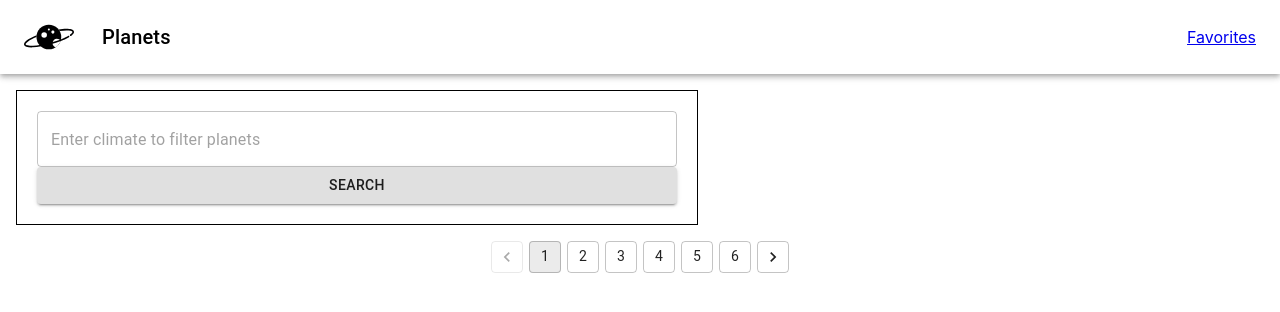
Repository: samridhie01/assignment
Page: /
An editor plug-in stored every save of this project. The page is shown before and after the next save, followed by the edit.
The browser window is 1280 px wide. The pictures show the whole page.
The page's requests for data from a server got no answer. The project was rebuilt for these pictures with package versions that can differ from the ones it lists, and the page was loaded fresh each time. A package was used in the major version that the imports need, not the one package.json lists. No one was signed in, and anything a server would have sent is missing. Also part of the build but not shown: src/components/planets/PlanetTile.tsx, src/components/planets/Planets.tsx, src/components/details/SpecificPlanetRetrievalService.ts, src/components/details/Details.tsx, src/components/favorites/Favorites.tsx.

Above is the page before, as saved 2020-08-21 18:53:29.

### src/index.tsx
import React from 'react';
import ReactDOM from 'react-dom';
import './index.css';
import App from './components/app/App';
import * as serviceWorker from './serviceWorker';
import { BrowserRouter } from 'react-router-dom';
import { Provider } from 'react-redux';
import rootReducer from './reducers';
import { createStore } from 'redux';
import store from "../src/store/index"
import { addPlanetData } from './actions';



ReactDOM.render(
  <React.StrictMode>

    <BrowserRouter>
    <Provider store={store}>
    <App />
    </Provider>
    </BrowserRouter>

  </React.StrictMode>,
  document.getElementById('root')
);

// If you want your app to work offline and load faster, you can change
// unregister() to register() below. Note this comes with some pitfalls.
// Learn more about service workers: https://bit.ly/CRA-PWA
serviceWorker.unregister();

### src/components/app/App.tsx
import React, { useEffect, useState } from "react";
import { Route, Switch } from "react-router-dom";
import HomePage from "../homePage/HomePage";
import Details from "../details/Details";
import Favorites from "../favorites/Favorites";
import { PlanetData } from "../module/types";

const App = () => {
  const [favs, setFavs] = useState<PlanetData[]>([]);

  const addToFavs = (data: any) => {
    if(favs.includes(data)){
      return;
    }
      let newArr = [...favs, data];
      setFavs(newArr);
  };

  return (
    <main>
      <Switch>
        <Route
          exact
          path="/"
          render={() => <HomePage handleAddToFavs={addToFavs} />}
        />
        <Route path="/details" component={Details} />
        <Route path="/favs" render={() => <Favorites listOfFavs={favs} />} />
      </Switch>
    </main>
  );
};
export default App;

### src/store/index.ts
import {createStore} from 'redux';
import rootReducer from '../reducers/index';

const store = createStore(rootReducer);

export default store;

### src/components/homePage/HomePage.tsx
import React, { useEffect, useState, ChangeEvent } from "react";
import { useStyles } from "./HomePageStyle";
import Header from "../header/Header";
import Planets from "../planets/Planets";
import SearchBox from "../searchBox/SearchBox";
import { getPlanetData, getPlanetDataPage } from "./PlanetRetrievalService";
import Pagination from "@material-ui/lab/Pagination";
import { PlanetData } from "../module/types";

interface PlanetOverview {
  handleAddToFavs: (element: any) => void;
}

const HomePage: React.FC<PlanetOverview> = ({ handleAddToFavs }) => {
  const [planetData, setPlanetData] = useState<PlanetData[]>([]);

  const handleNewPage = (page: number) => {
    getPlanetDataPage(page).then(res => {
      setPlanetData(res.data.results);
    });
  };

  const fetchData = () => {
    getPlanetData().then(res => {
      setPlanetData(res.data.results);
      localStorage.setItem("planetData", res.data.results);
    });
  };

  useEffect(() => {
    fetchData();
  }, []);

  const handlePageChange = (event: ChangeEvent<unknown>, value: number) => {
    handleNewPage(value);
  };

  const updatePlanetSearchResult = (key: string | null) => {

    if (key == "") {
      fetchData();
      return;
    }
    const newData = planetData.filter(data => {
      if (
        key == null ||
        data.climate.toLowerCase().includes(key.toLowerCase())
      ) {
        return data;
      }
    });
    setPlanetData(newData);
  };

  const classes = useStyles();
  if (localStorage.getItem("planetData") != null) {
  }

  return (
    <>
      <Header path="/favs" linkName={"Favorites"} />
      <div >
        <div>
        <SearchBox  handleSearch={updatePlanetSearchResult} />
        </div>
        <div >
          {planetData &&
            planetData.map((element: PlanetData, index: number) => {
              return (
                <Planets
                  data={element}
                  onSaveClick={() => {
                    handleAddToFavs(element);
                  }}

                />
              );
            })}
        </div>
      </div>

      <Pagination
        count={6}
        defaultPage={1}
        variant="outlined"
        shape="rounded"
        className={classes.indexing}
        onChange={handlePageChange}
      />
    </>
  );
};
export default HomePage;

### src/reducers/index.ts
import { ADD_PLANETDATA } from '../constants/action-types';
import { PlanetActionTypes, Planet, PlanetState } from '../store/types';

const initialState: PlanetState = {
    planetData: []
};

function rootReducer(state=initialState, action:PlanetActionTypes):PlanetState{
    if(action.type == ADD_PLANETDATA){
        return{
            planetData: [...state.planetData, action.payload]
        }
    }
    return state;
}

export default rootReducer;

### src/components/homePage/HomePageStyle.ts
import { makeStyles, createStyles, Theme } from "@material-ui/core/styles";

export const useStyles = makeStyles((theme: Theme) =>
  createStyles({
    flexContainer: {
      display: "inline-flex",
      flex: "1 0 50%",
      textAlign: "center",
      padding: "10px",
      overflow: "hidden"
    },
    item: {
      alignSelf: "flex-end",
    },
    stopShrink: {
      alignSelf: "flex-start"
    },
    indexing: {
      display: "flex",
      justifyContent: "center"
    },
    title: {
      flexGrow: 1
    }
  })
);

### src/components/header/Header.tsx
import React from "react";
import AppBar from "@material-ui/core/AppBar";
import {Toolbar, makeStyles, createStyles, IconButton, Button,Theme} from "@material-ui/core";
import {ReactComponent as PlanetIcon} from "../../assets/planet.svg";
import Typography from "@material-ui/core/Typography";
import { Link } from "react-router-dom";

const useStyles = makeStyles((theme: Theme) =>
  createStyles({
    root: {
      flexGrow: 1,
    },
    menuButton: {
      marginRight: theme.spacing(2),
    },
    title: {
      flexGrow: 1,
    },
    logo: {
       width: 50,
       height: 50
      },
  }),
);

interface HeaderProps{
  path: string,
  linkName: string
}

const Header:React.FC<HeaderProps> = ({
  path,
  linkName
})=>{
    const classes=useStyles();
return(
<AppBar color="inherit"  position="static">
    <Toolbar>
        <IconButton edge="start" className={classes.menuButton} color="inherit" aria-label="menu">
        <PlanetIcon className={classes.logo}/>
        </IconButton>
        <Typography variant="h6" className={classes.title}>
            Planets
        </Typography>
         <Link to={{pathname: `${path}`}} color="inherit">{linkName}</Link>
        {/* <Link to={{pathname: `${path}`}} color="inherit">{linkName}</Link> */}
    </Toolbar>
</AppBar>
)


}

export default Header;

### src/components/searchBox/SearchBox.tsx
import React, { useState, useEffect } from "react";
import {
  Button,
  Box,
  TextField,
  Theme,
  makeStyles,
  createStyles
} from "@material-ui/core";

const useStyles = makeStyles((theme: Theme) =>
  createStyles({
    dotted: {
      display: "flex",
      flexDirection: "column",
      width: "200%"
    },

  })
);

interface Search {
  handleSearch: (key: string|null) => void;
}

const SearchBox: React.FC<Search> = ({ handleSearch }) => {
  const [searchItem, setSearchItem] = useState<string|null>("");
  const handleSearchChange = (event: any) => {
    setSearchItem(event.target.value);

  };

  const classes = useStyles();
  return (
    <>
      <Box
        height="250%"
        border={1}
        m={2}
        display="inline-flex"
        flexDirection="column"
        width="50%"
        padding="20px"
      >
        <TextField
          variant="outlined"
          onChange={handleSearchChange}
          placeholder="Enter climate to filter planets"
          fullWidth={false}
        />
        <Button
          variant="contained"
          onClick={() => {
            handleSearch(searchItem);
          }}
          fullWidth={false}
        >
          Search
        </Button>
      </Box>
    </>
  );
};

export default SearchBox;

### src/components/homePage/PlanetRetrievalService.ts
import axios from "axios";

const currentVersion = "2";
let data = localStorage.getItem("data");
let version = localStorage.getItem("version");

export const getPlanetData = async () => {
  const res = await axios({
    method: "GET",
    url: `https://swapi.dev/api/planets`
  });
  return res;
};

export const getPlanetDataPage = async (page: number) => {
  const res = await axios({
    method: "GET",
    url: `http://swapi.dev/api/planets/?page=${page}`
  });
  return res;
};

### src/constants/action-types.ts
export const ADD_PLANETDATA="ADD_PLANETDATA"

Loaded but not shown: public/index.html (common file); src/index.css (common file); src/serviceWorker.ts (common file)

After the next save:
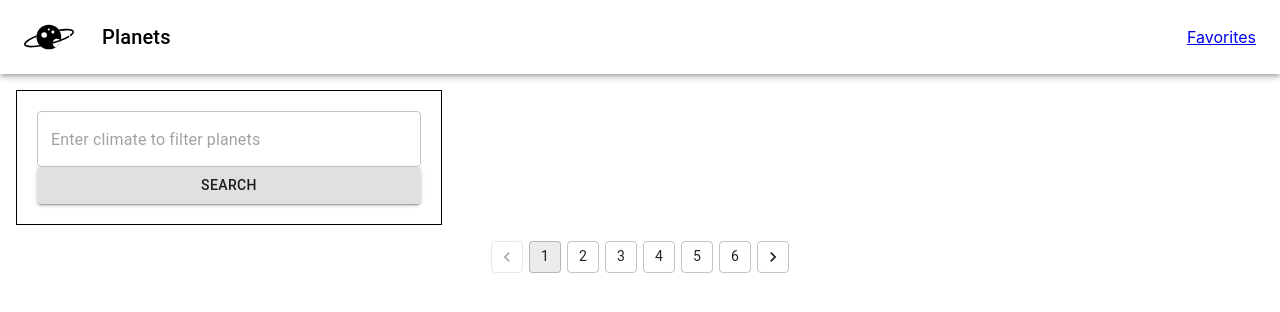
Saved 16 s later.
--- a/src/components/searchBox/SearchBox.tsx
+++ b/src/components/searchBox/SearchBox.tsx
@@ -39,14 +39,14 @@ const SearchBox: React.FC<Search> = ({ handleSearch }) => {
         m={2}
         display="inline-flex"
         flexDirection="column"
-        width="50%"
+        width="30%"
         padding="20px"
       >
         <TextField
           variant="outlined"
           onChange={handleSearchChange}
           placeholder="Enter climate to filter planets"
-          fullWidth={false}
+          width
         />
         <Button
           variant="contained"
